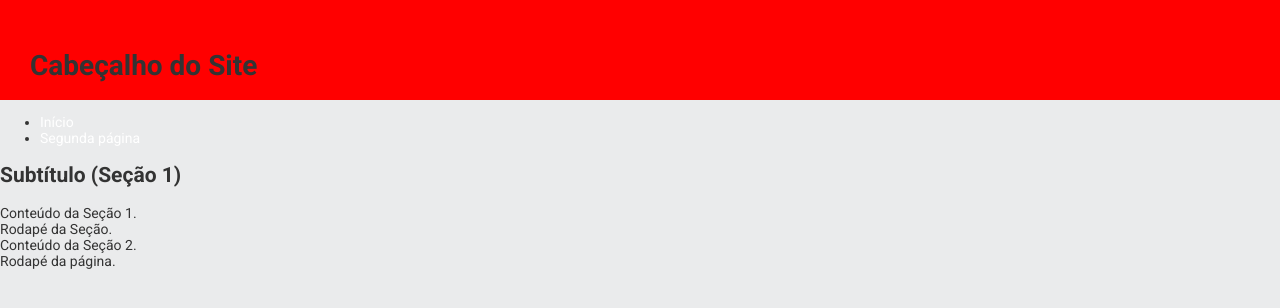
Repository: rrresck/pos_graduacao
Page: index.html
An editor plug-in stored every save of this project. The page is shown before and after the next save, followed by the edit.
The browser window is 1280 px wide. The pictures show the whole page.

Above is the page before, as saved 2023-05-04 11:14:08.

After the next save:
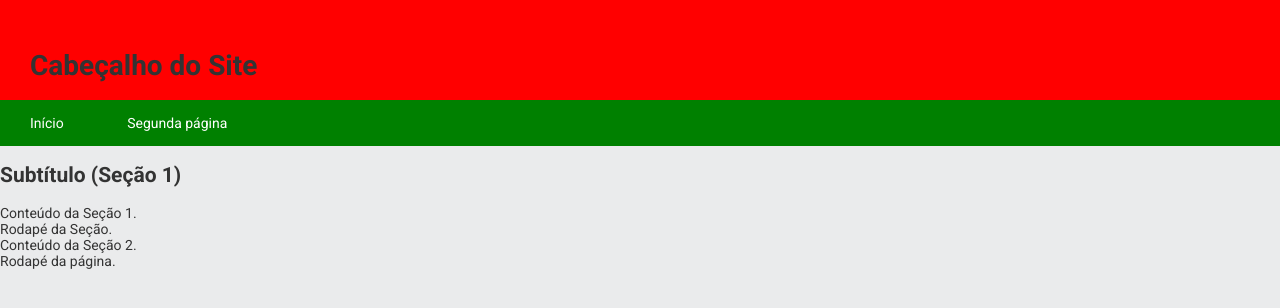
Saved 53 s later.
--- a/index.html
+++ b/index.html
@@ -13,7 +13,7 @@
     <header class="cabecalho">
         <h1>Cabeçalho do Site</h1>
     </header>
-    <nav>
+    <nav class="menu">
         <ul>
             <li><a href="index.html">Início</a></li>
             <li><a href="#">Segunda página</a></li>
